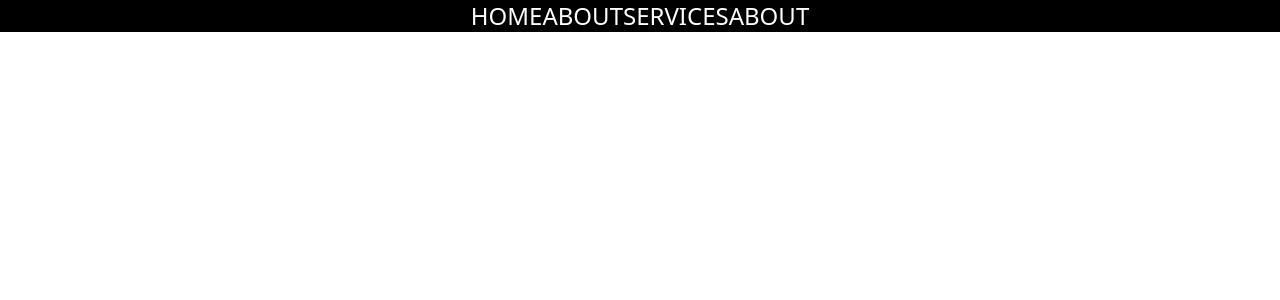
Repository: OmniaRafat232111121/ecommerceredux
Page: / (app in eco/)
The author's editor kept a copy of each file at every save. The page is drawn from the files as they stood at one save, then again after a run of saves.
The browser window is 1280 px wide. The pictures show the whole page.
The project was rebuilt for these pictures with package versions that can differ from the ones it lists, and the page was loaded fresh each time.

Above is the page before, as saved 2022-11-01 18:32:52.

After the next 6 saves:
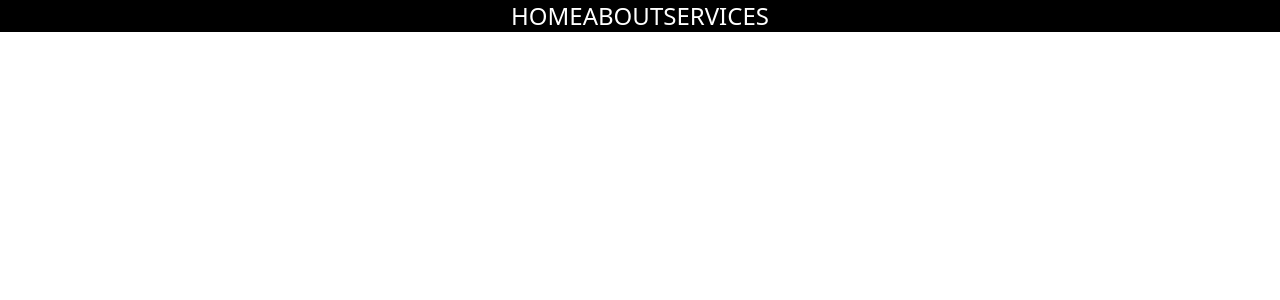
The 6 saves are shown as one change because they came seconds apart.
The last was saved 14 s later.
--- a/eco/src/components/Header.js
+++ b/eco/src/components/Header.js
@@ -10,9 +10,6 @@ const Header = () => {
       <li><a className='text-2xl font-primary uppercase' href="/">Home</a></li>
       <li><a className='text-2xl font-primary uppercase' href="/">About</a></li>
       <li><a className='text-2xl font-primary uppercase' href="/">Services</a></li>
-      <li><a className='text-2xl font-primary uppercase' href="/">About</a></li>
-
-
     </ul>
 
     </div>
